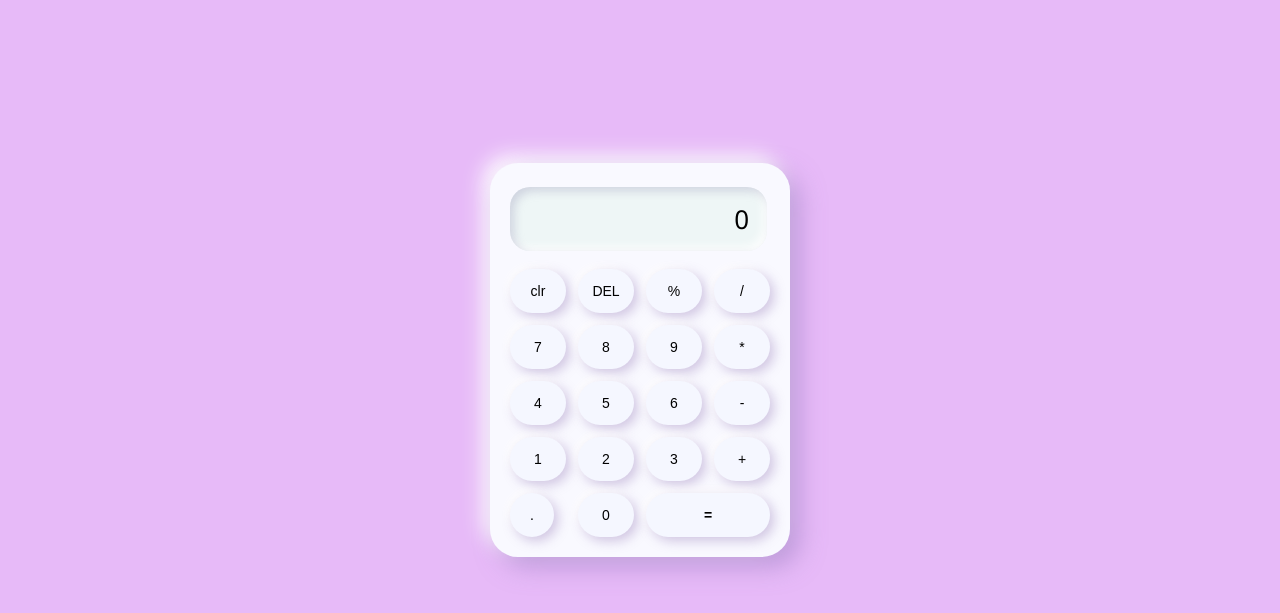
Repository: meti-guda/simple-calculator
Page: index.html
An editor plug-in stored every save of this project. The page is shown before and after the next save, followed by the edit.
The browser window is 1280 px wide. The pictures show the whole page.

Above is the page before, as saved 2025-12-11 12:32:17.

After the next save:
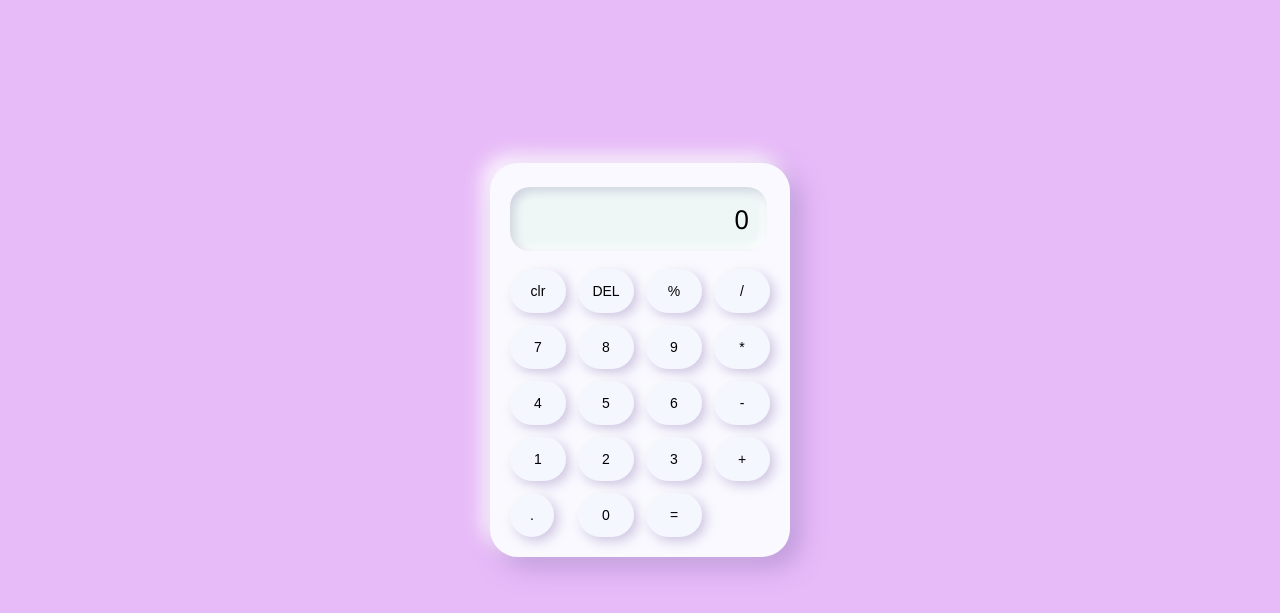
Saved 55 s later.
--- a/style.css
+++ b/style.css
@@ -75,7 +75,7 @@
   width: 44px;
 }
 
-.equal {
+.equal button {
   grid-column: span 2;
   background-color: #b1759a;
   color: #fff;

After the 2 saves that followed:
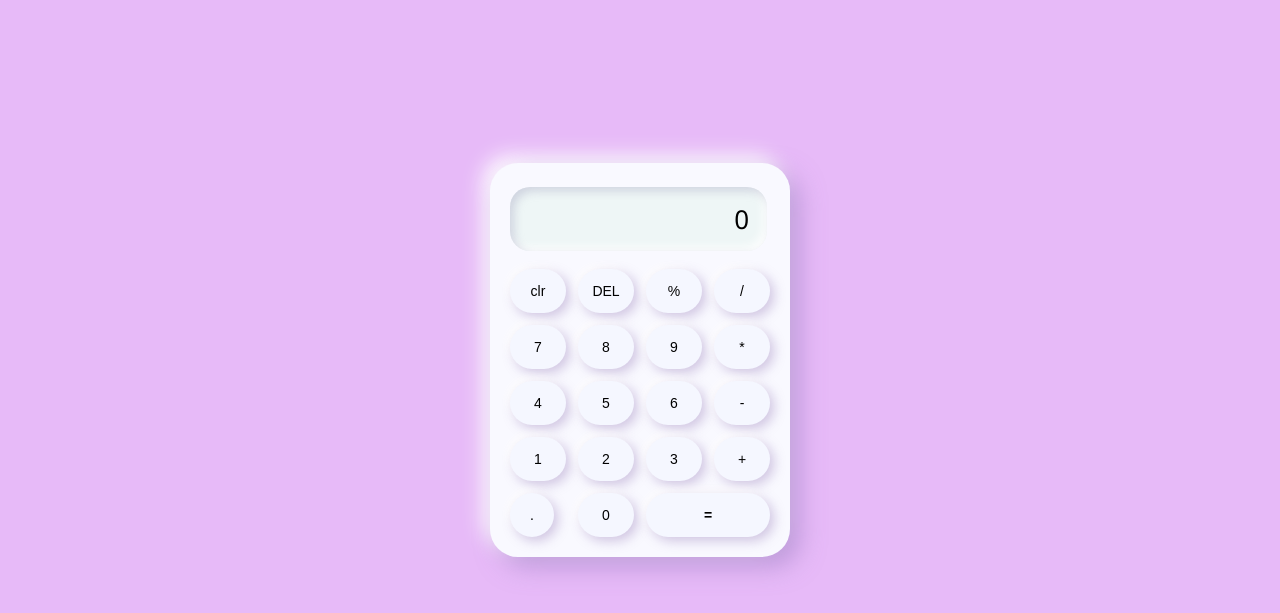
The 2 saves are shown as one change because 1 left the picture as it was.
The last was saved 26 s later.
--- a/style.css
+++ b/style.css
@@ -75,7 +75,7 @@
   width: 44px;
 }
 
-.equal button {
+.equal {
   grid-column: span 2;
   background-color: #b1759a;
   color: #fff;
